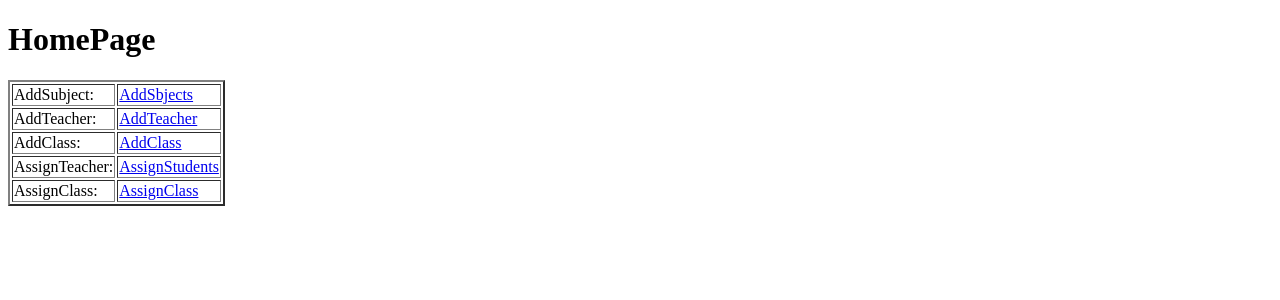
Repository: revanthkumar-paka/LearnersApp
Page: http://localhost/LearnersApp/Home.jsp
An editor plug-in stored every save of this project. The page is shown before and after the next save, followed by the edit.
The browser window is 1280 px wide. The pictures show the whole page.
The page is served by Tomcat 9. Other server files are loaded and not shown.

Above is the page before, as saved 2022-04-25 07:01:40.

### LearnersApp/src/main/webapp/Home.jsp
<%@ page language="java" contentType="text/html; charset=ISO-8859-1"
    pageEncoding="ISO-8859-1"%>
<!DOCTYPE html>
<html>
<head>
<meta charset="ISO-8859-1">
<title>Insert title here</title>
</head>
<body>
<h1>HomePage</h1>
<form >
<table border="2px">
<tr>
<td>AddSubject:</td>
<td><a href="MySubjects.jsp">AddSbjects</a></td>
</tr>
<tr>
<td>AddTeacher:</td>
<td><a href="teacher.jsp">AddTeacher</a></td>
</tr>
<tr>
<td>AddClass:</td>
<td><a href="class.jsp">AddClass</a></td>
</tr>
<tr>
<td>AssignTeacher:</td>
<td><a href="assign_teacher.jsp">AssignStudents</a></td>
</tr>
<tr>
<td>AssignClass:</td>
<td><a href="assign_class.jsp">AssignClass</a></td>
</tr>
</table>
</form>
</body>
</html>

After the next save:
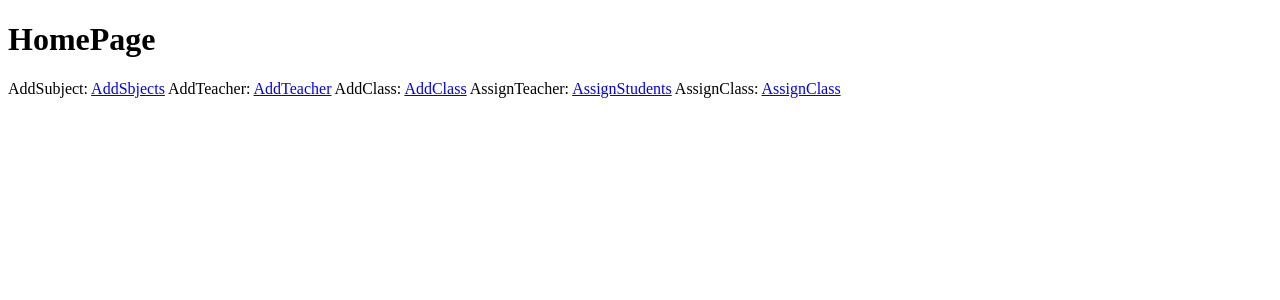
Saved 4 h 55 min later.
--- a/LearnersApp/src/main/webapp/Home.jsp
+++ b/LearnersApp/src/main/webapp/Home.jsp
@@ -9,7 +9,7 @@
 <body>
 <h1>HomePage</h1>
 <form >
-<table border="2px">
+<table- border="2px">
 <tr>
 <td>AddSubject:</td>
 <td><a href="MySubjects.jsp">AddSbjects</a></td>

After the save that followed:
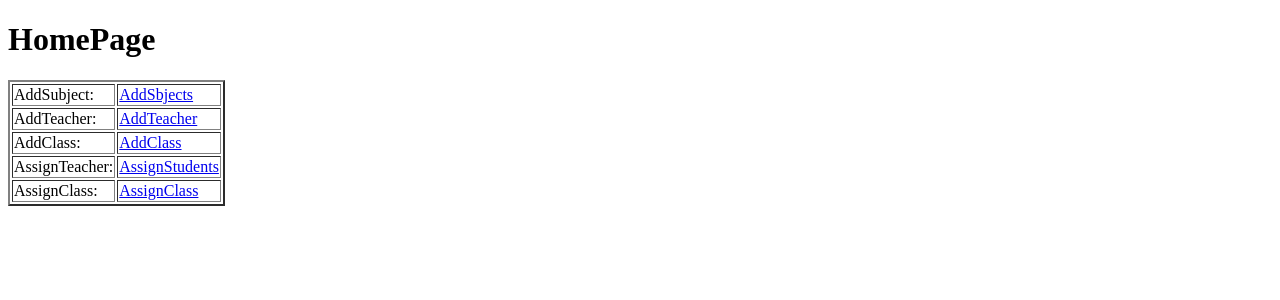
Saved 14 s later.
--- a/LearnersApp/src/main/webapp/Home.jsp
+++ b/LearnersApp/src/main/webapp/Home.jsp
@@ -9,7 +9,7 @@
 <body>
 <h1>HomePage</h1>
 <form >
-<table- border="2px">
+<table border="2px">
 <tr>
 <td>AddSubject:</td>
 <td><a href="MySubjects.jsp">AddSbjects</a></td>
